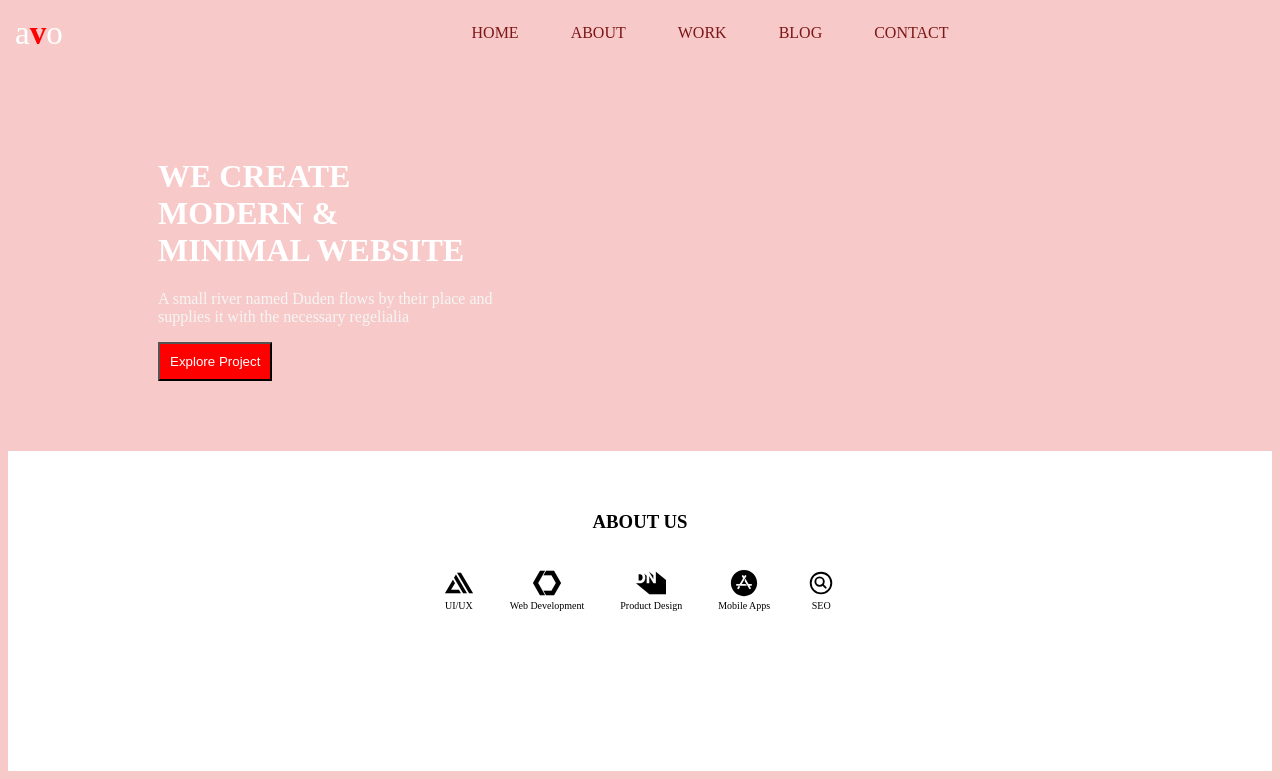
Repository: Tobby004/AVO-Template
Page: avo.html
These files come from the project's save history. The page is drawn as it stood at one moment and after the next save; the edit follows.
The browser window is 1280 px wide. The pictures show the whole page.

Above is the page before, as saved 2023-05-17 10:24:49.

After the next save:
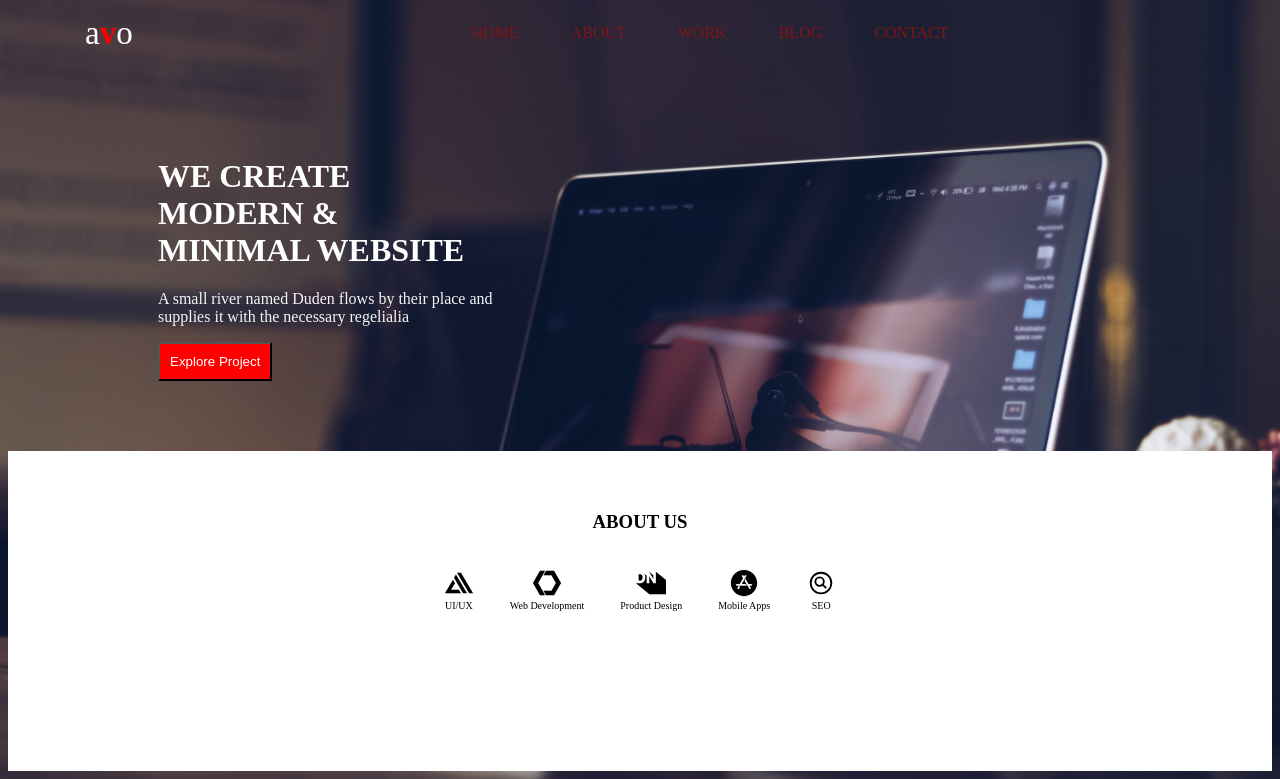
Saved 19 h 36 min later.
--- a/avo.css
+++ b/avo.css
@@ -2,13 +2,16 @@
     box-sizing: border-box;
 }
 body {
-    background: #f7cac9;
+    background: #dc8d8b;
+    background-image: url(avo-back.jpg);
+    background-size: cover;
 }
 .logo {
   font-size: 33px;
   position: absolute;
   padding: 7px;
   color: white;
+  margin-left: 70px;
 }
 .logo b {
     color: red;
